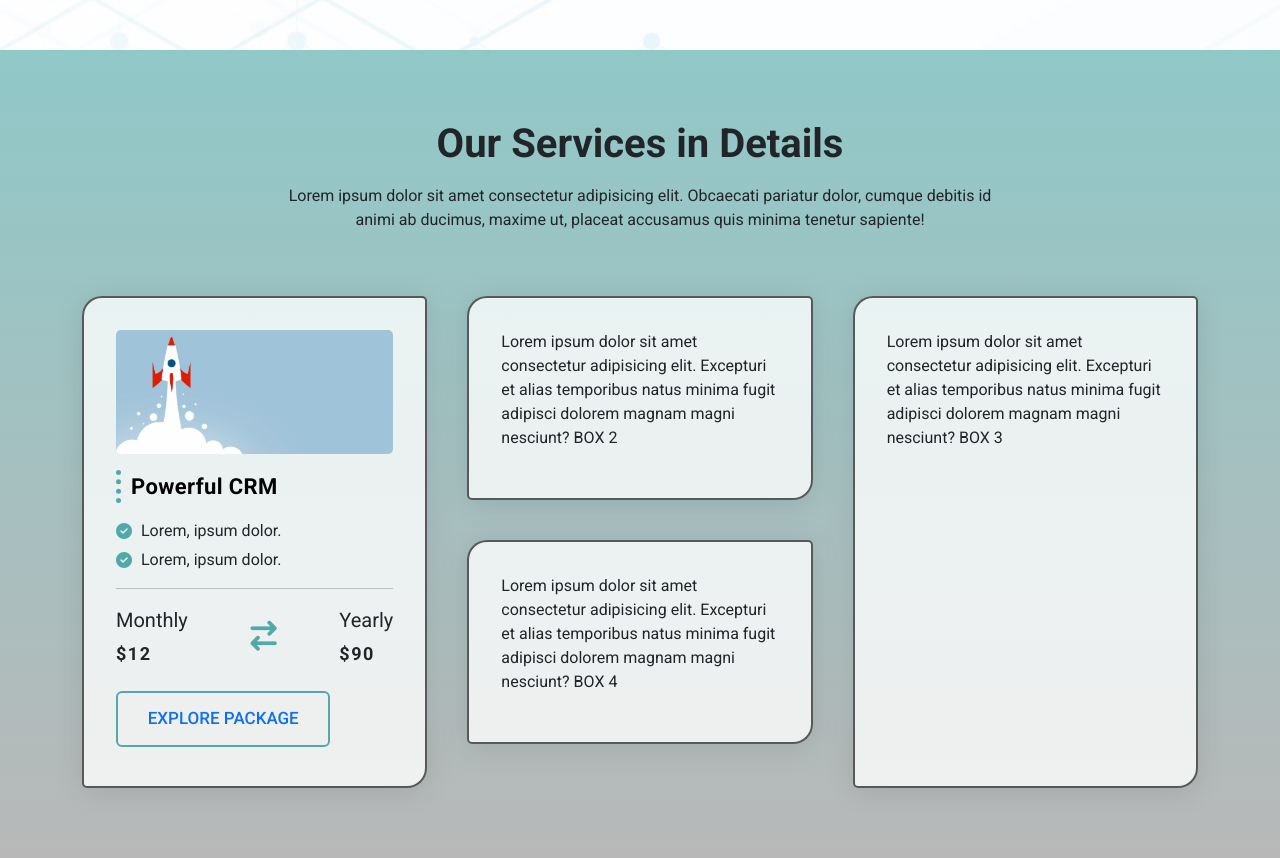
Repository: nazmulalok/landing-page-angelio
Page: index.html
These files come from the project's save history. The page is drawn as it stood at one moment and after the next save; the edit follows.
The browser window is 1280 px wide. The pictures show the part of the page from y = 2012 to 2870 px (the page is 2870 px tall before and 2866 px after).
A picture or video elsewhere on the page could not be fetched, so the positions and the page height are approximate. Some web libraries are served in a nearby version.

Above is the page before, as saved 2022-09-26 13:28:54.

After the next save:
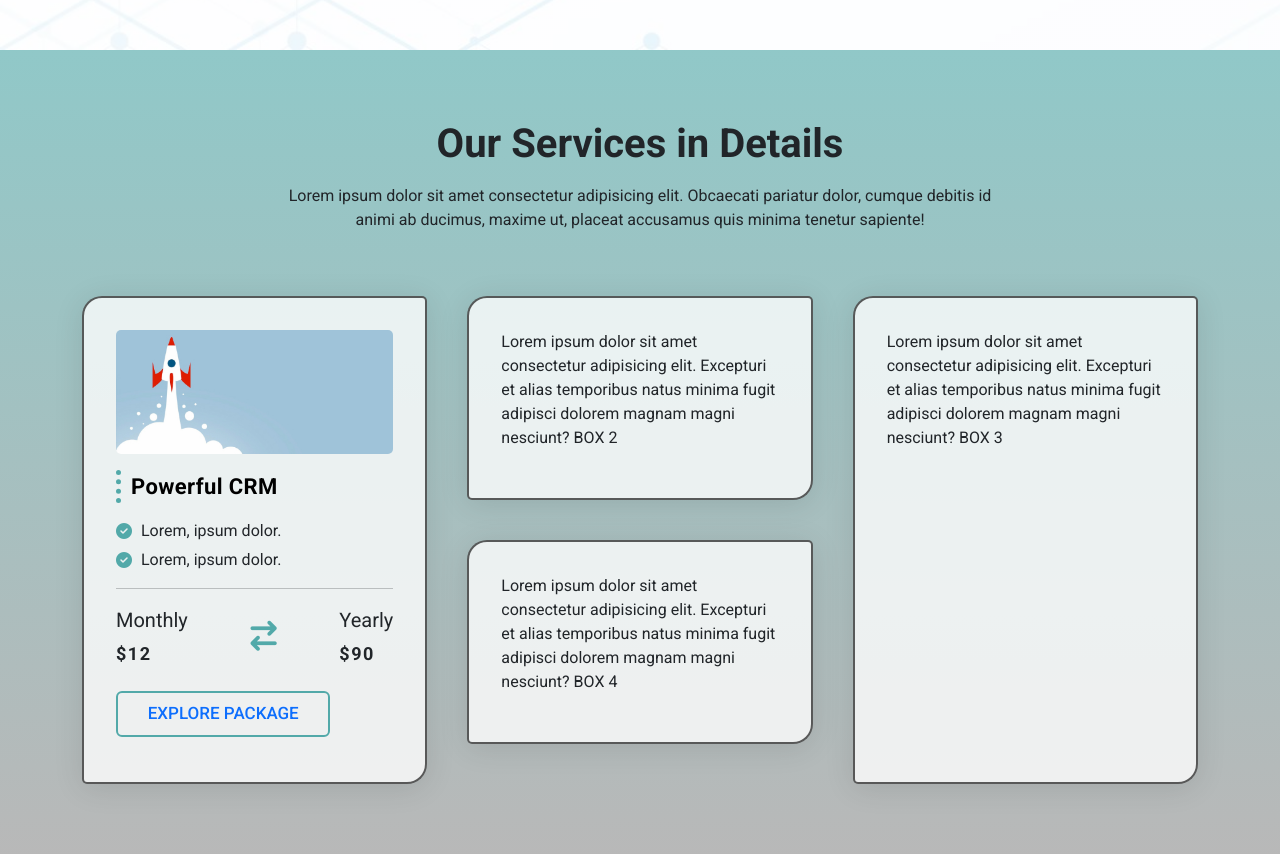
Saved 18 s later.
--- a/style.css
+++ b/style.css
@@ -432,7 +432,7 @@ span.arrow-text:before {
 }
 
 .secondary-btn {
-    padding: 0.8em 1.75em;
+    padding: 0.5em 1.75em;
     background-color: transparent;
     border-radius: 6px;
     border: 2px solid var(--primary-color);
